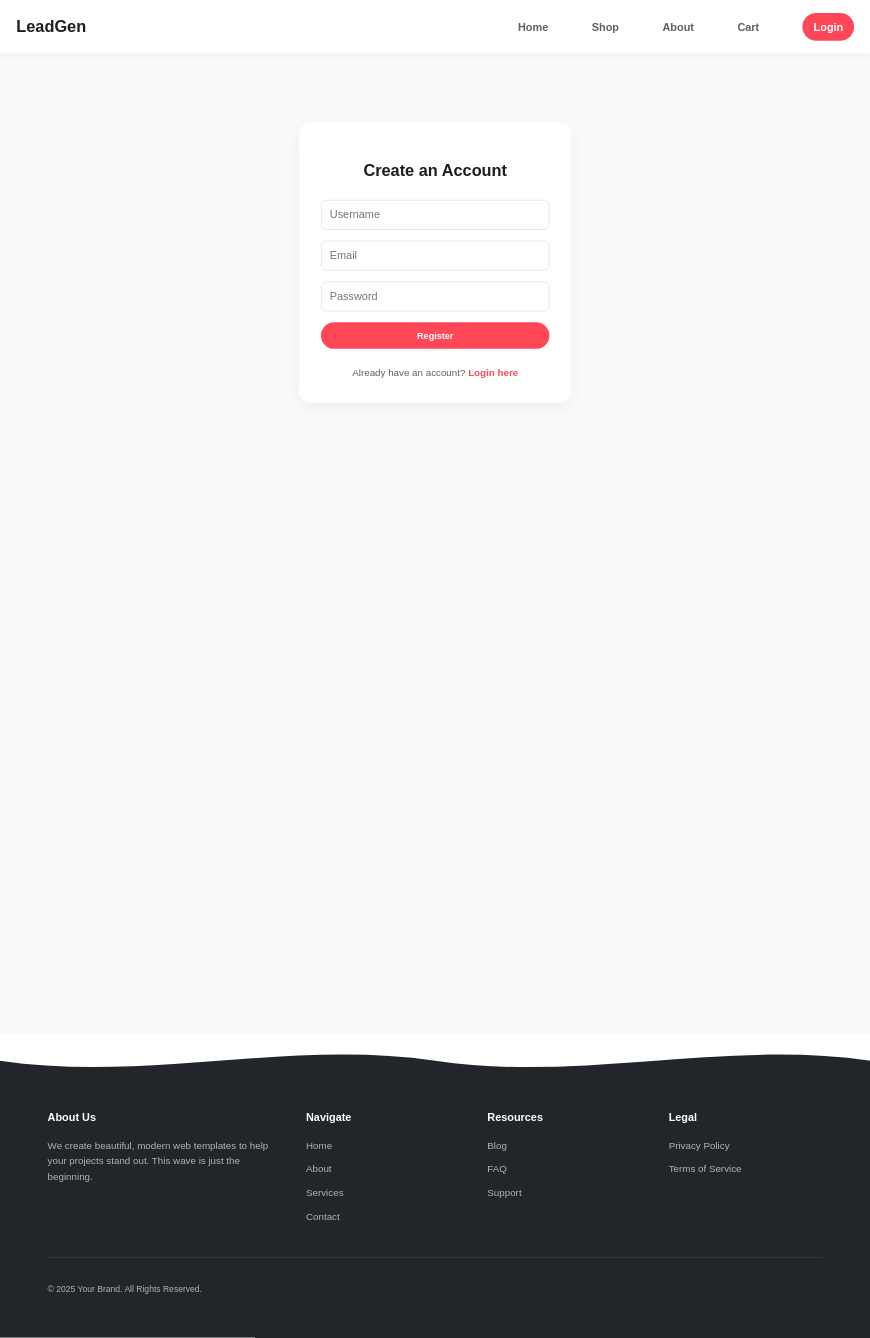
Repository: rywkoo/guitar-mart
Page: http://localhost/register-page
These files come from the project's save history. The page is drawn as it stood at one moment and after the next save; the edit follows.
The browser window is 1280 px wide. The pictures show the whole page, at 68% of full size.
The page is served by the project's application, run on Flask 3 (app.py).

Above is the page before, as saved 2025-10-28 17:20:20.

After the next save:
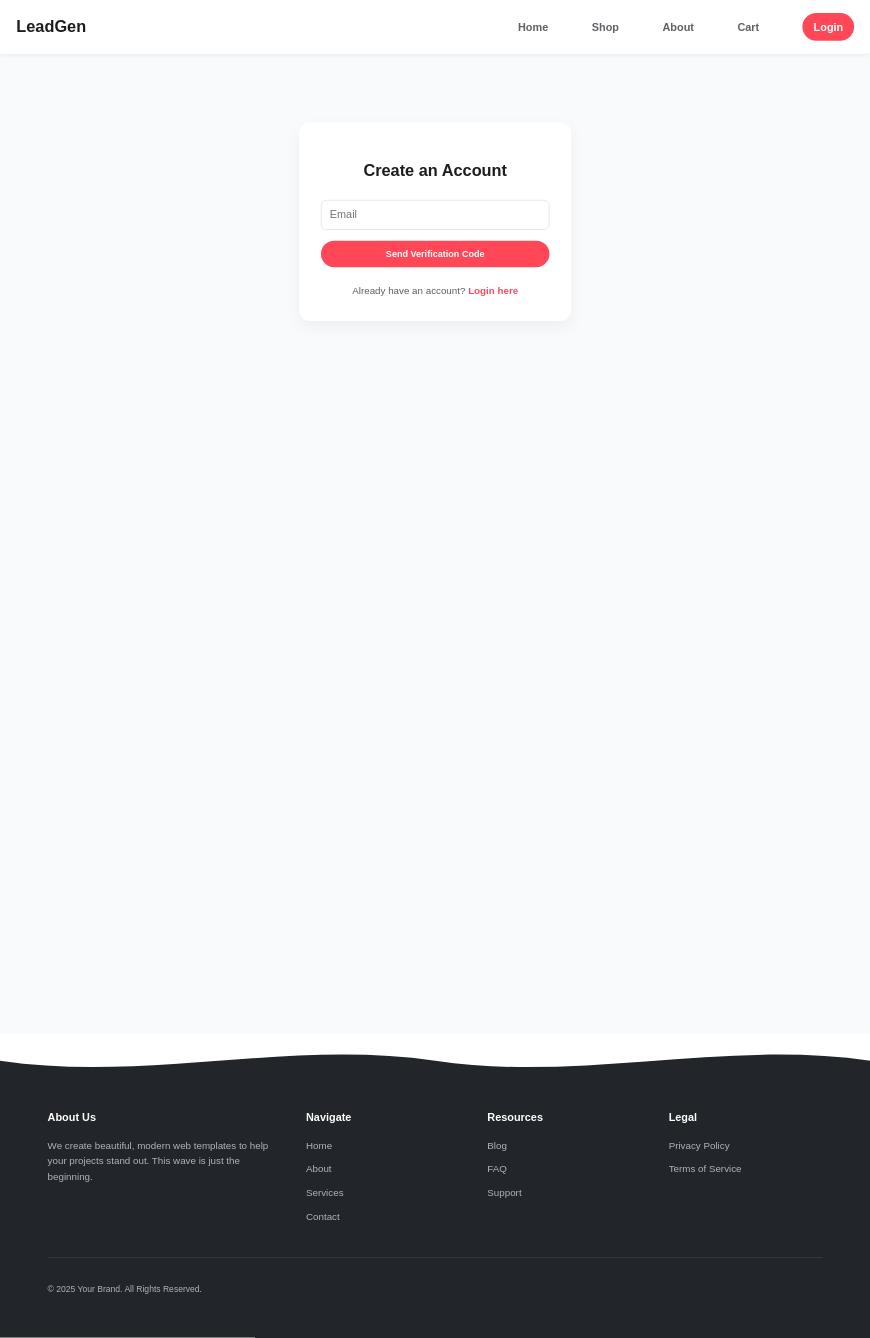
Saved 3 min 3 s later.
--- a/templates/register.html
+++ b/templates/register.html
@@ -8,8 +8,6 @@ body {
     background-color: #f9fafb;
     color: #1d1d1f;
 }
-
-/* Container */
 .register-container {
     max-width: 400px;
     margin: 5rem auto;
@@ -19,13 +17,10 @@ body {
     box-shadow: 0 8px 24px rgba(0,0,0,0.05);
     text-align: center;
 }
-
 .register-container h2 {
     font-weight: 700;
     margin-bottom: 1.5rem;
 }
-
-/* Form inputs */
 input {
     width: 100%;
     padding: 0.75rem;
@@ -34,8 +29,6 @@ input {
     border: 1px solid #ddd;
     font-size: 1rem;
 }
-
-/* Button */
 button {
     background-color: #ff4757;
     color: #fff;
@@ -46,33 +39,25 @@ button {
     cursor: pointer;
     width: 100%;
 }
-
 button:hover {
     background-color: #e63946;
 }
-
-/* Message */
 .msg {
     margin-top: 1rem;
     font-size: 0.95rem;
 }
-
 .msg.success { color: #16a34a; }
 .msg.error { color: #dc2626; }
-
-/* Login link */
 .login-link {
     margin-top: 1.5rem;
     font-size: 0.9rem;
     color: #5f5f65;
 }
-
 .login-link a {
     color: #ff4757;
     font-weight: 700;
     text-decoration: none;
 }
-
 .login-link a:hover {
     text-decoration: underline;
 }
@@ -80,54 +65,95 @@ button:hover {
 
 <div class="register-container">
     <h2>Create an Account</h2>
-    <form id="registerForm">
+
+    <!-- Step 1: Request verification token -->
+    <form id="tokenForm">
+        <input type="email" name="email" placeholder="Email" required>
+        <button type="submit">Send Verification Code</button>
+        <div id="tokenMessage" class="msg"></div>
+    </form>
+
+    <!-- Step 2: Complete registration -->
+    <form id="registerForm" style="display:none;">
         <input type="text" name="username" placeholder="Username" required>
-        <input type="email" name="email" placeholder="Email" required>
+        <input type="email" name="email" placeholder="Email" required readonly>
         <input type="password" name="password" placeholder="Password" required>
+        <input type="text" name="token" placeholder="Verification Code" required>
         <button type="submit">Register</button>
-        <div id="message" class="msg"></div>
+        <div id="registerMessage" class="msg"></div>
     </form>
+
     <div class="login-link">
-        Already have an account? <a href="login.html">Login here</a>
+        Already have an account? <a href="/login">Login here</a>
     </div>
 </div>
 
 <script>
-const form = document.getElementById('registerForm');
-const messageDiv = document.getElementById('message');
+const tokenForm = document.getElementById('tokenForm');
+const tokenMessage = document.getElementById('tokenMessage');
+const registerForm = document.getElementById('registerForm');
+const registerMessage = document.getElementById('registerMessage');
 
-form.addEventListener('submit', async (e) => {
+tokenForm.addEventListener('submit', async (e) => {
     e.preventDefault();
-    messageDiv.textContent = '';
-    messageDiv.className = 'msg error';
+    tokenMessage.textContent = '';
+    tokenMessage.className = 'msg error';
 
-    const formData = new FormData(form);
+    const email = tokenForm.email.value.trim();
+    if (!email) return tokenMessage.textContent = 'Email is required';
+
+    try {
+        const res = await fetch('/api/auth/send_register_token', {
+            method: 'POST',
+            headers: { 'Content-Type': 'application/json' },
+            body: JSON.stringify({ email })
+        });
+        const result = await res.json();
+
+        if (res.ok) {
+            tokenMessage.className = 'msg success';
+            tokenMessage.textContent = 'Verification code sent! Check your email.';
+            // Show register form
+            registerForm.style.display = 'block';
+            registerForm.email.value = email;
+        } else {
+            tokenMessage.textContent = result.error || result.message || 'Failed to send token';
+        }
+    } catch (err) {
+        tokenMessage.textContent = 'Network error: ' + err.message;
+    }
+});
+
+registerForm.addEventListener('submit', async (e) => {
+    e.preventDefault();
+    registerMessage.textContent = '';
+    registerMessage.className = 'msg error';
+
+    const formData = new FormData(registerForm);
     const data = {
         username: formData.get('username'),
         email: formData.get('email'),
-        password: formData.get('password')
+        password: formData.get('password'),
+        token: formData.get('token')
     };
 
     try {
-        const response = await fetch('/api/auth/register', {
+        const res = await fetch('/api/auth/register', {
             method: 'POST',
             headers: { 'Content-Type': 'application/json' },
             body: JSON.stringify(data)
         });
+        const result = await res.json();
 
-        const result = await response.json();
-
-        if (response.ok) {
-            messageDiv.className = 'msg success';
-            messageDiv.textContent = 'Account created! Redirecting to login...';
-            setTimeout(() => {
-                window.location.href = '/login';
-            }, 1500);
+        if (res.ok) {
+            registerMessage.className = 'msg success';
+            registerMessage.textContent = 'Account created! Redirecting to login...';
+            setTimeout(() => window.location.href = '/login', 1500);
         } else {
-            messageDiv.textContent = result.error || result.message || 'Registration failed';
+            registerMessage.textContent = result.error || result.message || 'Registration failed';
         }
     } catch (err) {
-        messageDiv.textContent = 'Network error: ' + err.message;
+        registerMessage.textContent = 'Network error: ' + err.message;
     }
 });
 </script>
